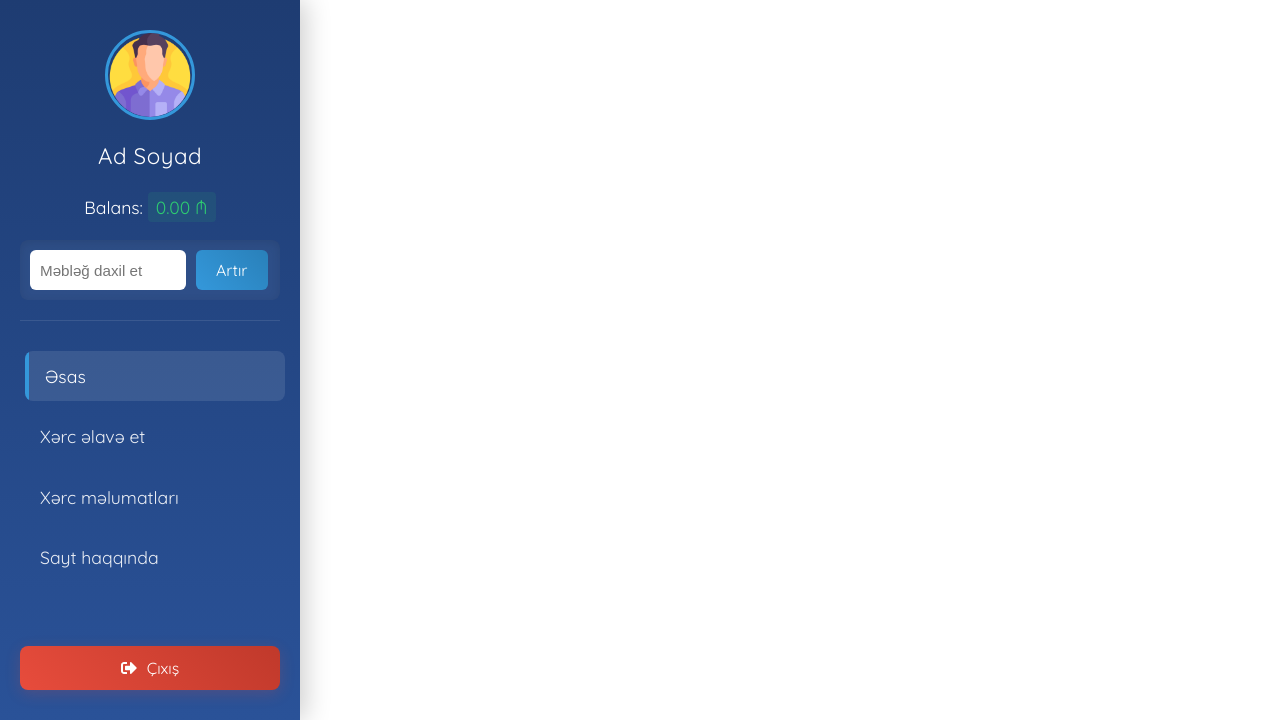
Repository: ferhadsultan98/financialmanagement
Page: /
The author's editor kept a copy of each file at every save. The page is drawn from the files as they stood at one save, then again after the next save.
The browser window is 1280 px wide. The pictures show the whole page.
The project was rebuilt for these pictures with package versions that can differ from the ones it lists, and the page was loaded fresh each time. Also part of the build but not shown: vite.config.js, src/Components/Sidebar/ProfileModal.jsx, src/Pages/AddExpense/AddExpense.jsx, src/Pages/ExpenseDetails/ExpenseDetails.jsx, src/Pages/About/About.jsx, src/Components/Login/Login.jsx.

Above is the page before, as saved 2025-03-24 01:45:14.

### index.html
<!doctype html>
<html lang="en">
  <head>
    <meta charset="UTF-8" />
<link rel="shortcut icon" href="favicon.ico" type="image/x-icon">
    <meta name="viewport" content="width=device-width, initial-scale=1.0" />
    <title>Expense</title>
  </head>
  <body>
    <div id="root"></div>
    <script type="module" src="/src/main.jsx"></script>
  </body>
</html>

### src/App.jsx
// src/App.jsx
import React from 'react';
import './App.scss';
import MainLayout from './Components/Layout/MainLayout';
import { RouterProvider } from 'react-router-dom';
import router from './Routes';


function App() {
  return (
    <div className="App">
      <RouterProvider router={router} />
    </div>
  );
}

export default App;

### src/Components/Layout/MainLayout.jsx
// src/components/Layout/MainLayout.jsx
import React from 'react';
import Sidebar from '../Sidebar/Sidebar';
import { Outlet } from 'react-router-dom';

const MainLayout = () => {
  return (
    <div className="layout">
      <Sidebar />
      <main className="main-content">
        <Outlet />
      </main>
    </div>
  );
};

export default MainLayout;

### src/Routes.jsx
// src/routes.jsx
import { createBrowserRouter } from "react-router-dom";
import MainLayout from "./Components/Layout/MainLayout";
import Home from "./Pages/Home/Home";
import AddExpense from "./Pages/AddExpense/AddExpense";
import ExpenseDetails from "./Pages/ExpenseDetails/ExpenseDetails";
import About from "./Pages/About/About";
import Login from "./Components/Login/Login";

const router = createBrowserRouter([
  {
    path: "/login",
    element: <Login />,
  },
  {
    element: <MainLayout />,
    children: [
      {
        path: "/",
        element: <Home />,
      },
      {
        path: "/add-expense",
        element: <AddExpense />,
      },
      {
        path: "/expense-details",
        element: <ExpenseDetails />,
      },
      {
        path: "/about",
        element: <About />,
      },
    ],
  },
]);

export default router;

### src/Components/Sidebar/Sidebar.jsx
// src/components/Sidebar/Sidebar.jsx
import React, { useState } from 'react';
import '../../Styles/Sidebar.scss';
import Navbar from './Navbar';
import ProfileModal from './ProfileModal';
import { FaBars, FaSignOutAlt } from 'react-icons/fa';
import { useNavigate } from 'react-router-dom';
import UserProfileIcon from '../../assets/user.png';

const Sidebar = () => {
  const [isOpen, setIsOpen] = useState(false);
  const [balance, setBalance] = useState(0);
  const [topUpAmount, setTopUpAmount] = useState('');
  const [isModalOpen, setIsModalOpen] = useState(false);
  const [userProfile, setUserProfile] = useState({
    firstName: 'Ad',
    lastName: 'Soyad',
    birthDate: '1990-01-01',
    gender: 'Kişi',
  });
  const navigate = useNavigate();

  const toggleSidebar = () => {
    setIsOpen(!isOpen);
  };

  const handleTopUp = () => {
    if (topUpAmount) {
      setBalance(prev => prev + parseFloat(topUpAmount));
      setTopUpAmount('');
    }
  };

  const handleLogout = () => {
    navigate('/login');
  };

  const handleProfileUpdate = (updatedProfile) => {
    setUserProfile(updatedProfile);
    setIsModalOpen(false);
  };

  return (
    <div className="sidebar-container">
      <button className="toggle-btn" onClick={toggleSidebar}>
        <FaBars />
      </button>

      <div className={`sidebar ${isOpen ? 'open' : ''}`}>
        <div className="sidebar-header">
          <div
            className="profile-img"
            onClick={() => setIsModalOpen(true)}
          >
            <img src={UserProfileIcon} alt="Profile" />
            <div className="profile-overlay">
              <span>Profilə bax</span>
            </div>
          </div>
          <h3>{`${userProfile.firstName} ${userProfile.lastName}`}</h3> {/* Dynamic name */}
          <div className="balance">
            Balans: <span>{balance.toFixed(2)} ₼</span>
          </div>

          <div className="top-up">
            <input
              type="number"
              placeholder="Məbləğ daxil et"
              value={topUpAmount}
              onChange={(e) => setTopUpAmount(e.target.value)}
            />
            <button onClick={handleTopUp}>
              Artır
            </button>
          </div>
        </div>

        <Navbar />

        <div className="sidebar-footer">
          <button
            className="logout-btn"
            onClick={handleLogout}
          >
            <FaSignOutAlt /> Çıxış
          </button>
        </div>
      </div>

      {isModalOpen && (
        <ProfileModal
          userProfile={userProfile}
          onSave={handleProfileUpdate}
          closeModal={() => setIsModalOpen(false)}
        />
      )}
    </div>
  );
};

export default Sidebar;

### src/Styles/Sidebar.scss
@import '../assets/Fonts/fonts.scss';

.sidebar-container {
    position: relative;
    font-family: $font-family-regular, sans-serif;

    .toggle-btn {
      position: fixed;
      top: 20px;
      left: 20px;
      z-index: 1001;
      background: linear-gradient(45deg, #1e3c72, #2a5298);
      color: white;
      border: none;
      padding: 12px;
      cursor: pointer;
      border-radius: 8px;
      box-shadow: 0 4px 15px rgba(0, 0, 0, 0.2);
      transition: all 0.3s ease;

      &:hover {
        transform: scale(1.1);
        box-shadow: 0 6px 20px rgba(0, 0, 0, 0.3);
      }

      @media (min-width: 769px) {
        display: none;
      }
    }

    .sidebar {
      width: 300px;
      height: 100vh;
      background: linear-gradient(180deg, #1e3c72 0%, #2a5298 100%);
      color: white;
      position: fixed;
      left: 0;
      top: 0;
      padding: 30px 20px;
      display: flex;
      flex-direction: column;
      box-shadow: 5px 0 25px rgba(0, 0, 0, 0.2);
      overflow: hidden;

      .sidebar-header {
        text-align: center;
        padding-bottom: 20px;
        border-bottom: 1px solid rgba(255, 255, 255, 0.1);

        .profile-img {
          width: 90px;
          height: 90px;
          margin: 0 auto 20px;
          position: relative;
          cursor: pointer;

          img {
            width: 100%;
            height: 100%;
            border-radius: 50%;
            object-fit: cover;
            border: 3px solid #3498db;
            transition: all 0.3s ease;
          }

          .profile-overlay {
            position: absolute;
            top: 0;
            left: 0;
            width: 100%;
            height: 100%;
            background: rgba(0, 0, 0, 0.6);
            border-radius: 50%;
            display: flex;
            align-items: center;
            justify-content: center;
            opacity: 0;
            transition: opacity 0.3s ease;

            span {
              font-size: 0.9rem;
              color: white;
            }
          }

          &:hover .profile-overlay {
            opacity: 1;
          }
        }

        h3 {
          margin: 15px 0;
          font-size: 1.4rem;
          font-weight: 600;
          letter-spacing: 0.5px;
        }

        .balance {
          margin: 20px 0;
          font-size: 1.1rem;

          span {
            font-weight: bold;
            color: #2ecc71;
            background: rgba(46, 204, 113, 0.1);
            padding: 4px 8px;
            border-radius: 4px;
          }
        }

        .top-up {
          display: flex;
          gap: 10px;
          background: rgba(255, 255, 255, 0.05);
          padding: 10px;
          border-radius: 8px;
          box-shadow: inset 0 2px 10px rgba(0, 0, 0, 0.1);

          input {
            padding: 10px;
            border-radius: 6px;
            border: none;
            width: 65%;
            background: #fff;
            color: #2c3e50;
            font-size: 0.95rem;
            transition: all 0.3s ease;

            &:focus {
              outline: none;
              box-shadow: 0 0 5px rgba(52, 152, 219, 0.5);
            }
          }

          button {
            padding: 10px 20px;
            background: linear-gradient(45deg, #3498db, #2980b9);
            border: none;
            border-radius: 6px;
            color: white;
            cursor: pointer;
            font-weight: 600;
            transition: all 0.3s ease;

            &:hover {
              background: linear-gradient(45deg, #2980b9, #3498db);
              box-shadow: 0 4px 15px rgba(52, 152, 219, 0.4);
            }
          }
        }
      }

      .sidebar-nav {
        flex-grow: 1;
        margin: 20px 0;

        ul {
          list-style: none;
          padding: 0;

          li {
            margin: 10px 0;

            a {
              color: rgba(255, 255, 255, 0.9);
              text-decoration: none;
              font-size: 1.1rem;
              display: block;
              padding: 12px 20px;
              border-radius: 8px;
              transition: all 0.3s ease;
              position: relative;
              overflow: hidden;

              &::before {
                content: '';
                position: absolute;
                left: 0;
                top: 0;
                width: 4px;
                height: 100%;
                background: #3498db;
                transform: translateX(-100%);
                transition: all 0.3s ease;
              }

              &:hover,
              &.active {
                background: rgba(255, 255, 255, 0.1);
                color: white;
                transform: translateX(5px);

                &::before {
                  transform: translateX(0);
                }
              }

              &.active {
                font-weight: 600;
              }
            }
          }
        }
      }

      .sidebar-footer {
        margin-top: auto;

        .logout-btn {
          width: 100%;
          padding: 12px;
          background: linear-gradient(45deg, #e74c3c, #c0392b);
          border: none;
          border-radius: 8px;
          color: white;
          cursor: pointer;
          font-weight: 600;
          display: flex;
          align-items: center;
          justify-content: center;
          gap: 10px;
          box-shadow: 0 4px 15px rgba(231, 76, 60, 0.2);
          transition: all 0.3s ease;

          &:hover {
            background: linear-gradient(45deg, #c0392b, #e74c3c);
            box-shadow: 0 6px 20px rgba(231, 76, 60, 0.4);
            transform: translateY(-2px);
          }
        }
      }
    }

    @media (max-width: 768px) {
      .sidebar {
        z-index: 1000;
      }
    }

    @media (min-width: 769px) {
      .sidebar {
        transform: translateX(0) !important; // Always visible on desktop
      }
    }
  }


.modal-overlay {
  position: fixed;
  top: 0;
  left: 0;
  width: 100%;
  height: 100%;
  background: rgba(0, 0, 0, 0.6);
  display: flex;
  align-items: center;
  justify-content: center;
  z-index: 2000;
}

.profile-modal {
  background: white;
  border-radius: 15px;
  padding: 30px;
  width: 100%;
  max-width: 400px;
  box-shadow: 0 10px 30px rgba(0, 0, 0, 0.2);
  text-align: center;

  h2 {
    color: #2c3e50;
    font-size: 1.8rem;
    margin-bottom: 20px;
    font-weight: 600;
  }

  .modal-content {
    .form-group {
      margin-bottom: 20px;
      text-align: left;

      label {
        display: block;
        margin-bottom: 5px;
        color: #2c3e50;
        font-weight: 500;
      }

      input,
      select {
        width: 100%;
        padding: 10px;
        border: 1px solid #ddd;
        border-radius: 6px;
        font-size: 1rem;
        color: #2c3e50;
        transition: all 0.3s ease;

        &:focus {
          outline: none;
          border-color: #3498db;
          box-shadow: 0 0 5px rgba(52, 152, 219, 0.3);
        }
      }
    }
  }

  .modal-actions {
    display: flex;
    gap: 10px;
    justify-content: center;
    margin-top: 20px;

    .save-btn {
      padding: 10px 20px;
      background: linear-gradient(45deg, #2ecc71, #27ae60);
      border: none;
      border-radius: 6px;
      color: white;
      font-weight: 600;
      cursor: pointer;
      box-shadow: 0 4px 15px rgba(46, 204, 113, 0.2);
      transition: all 0.3s ease;

      &:hover {
        background: linear-gradient(45deg, #27ae60, #2ecc71);
        box-shadow: 0 6px 20px rgba(46, 204, 113, 0.4);
      }
    }

    .close-btn {
      padding: 10px 20px;
      background: linear-gradient(45deg, #e74c3c, #c0392b);
      border: none;
      border-radius: 6px;
      color: white;
      font-weight: 600;
      cursor: pointer;
      box-shadow: 0 4px 15px rgba(231, 76, 60, 0.2);
      transition: all 0.3s ease;

      &:hover {
        background: linear-gradient(45deg, #c0392b, #e74c3c);
        box-shadow: 0 6px 20px rgba(231, 76, 60, 0.4);
      }
    }
  }

  @media (max-width: 480px) {
    padding: 20px;
    max-width: 90%;

    h2 {
      font-size: 1.5rem;
    }

    .form-group {
      input,
      select {
        font-size: 0.9rem;
      }
    }

    .modal-actions {
      flex-direction: column;
      gap: 10px;

      button {
        width: 100%;
      }
    }
  }
}

### src/Components/Sidebar/Navbar.jsx
// src/components/Sidebar/Navbar.jsx
import React from 'react';
import { NavLink } from 'react-router-dom';

const Navbar = () => {
  const navItems = [
    { path: '/', label: 'Əsas' },
    { path: '/add-expense', label: 'Xərc əlavə et' },
    { path: '/expense-details', label: 'Xərc məlumatları' },
    { path: '/about', label: 'Sayt haqqında' },
  ];

  return (
    <nav className="sidebar-nav">
      <ul>
        {navItems.map((item) => (
          <li key={item.path}>
            <NavLink to={item.path} end={item.path === '/'}>
              {item.label}
            </NavLink>
          </li>
        ))}
      </ul>
    </nav>
  );
};

export default Navbar;

### src/Styles/Login.scss
@import '../assets/Fonts/fonts.scss';

.login-container {
  height: 100vh;
  width: 100vw;
  background: linear-gradient(135deg, #1e3c72 0%, #2a5298 100%);
  display: flex;
  align-items: center;
  justify-content: center;
  margin: 0;
  padding: 0;
  overflow: hidden;
  font-family: $font-family-regular, sans-serif;
}

.login-wrapper {
  display: flex;
  width: 100%;
  height: 100%;
  background: white;
  border-radius: 0;
  overflow: hidden;
  box-shadow: none;
}

.login-left {
  flex: 1;
  background: linear-gradient(180deg, #3498db 0%, #2980b9 100%);
  color: white;
  padding: 40px;
  display: flex;
  flex-direction: column;
  justify-content: space-between;
  height: 100%;
  border-bottom-right-radius: 30px;
  border-top-right-radius: 30px;
  .dottieContainer{
    width: 100%;
  }
  h1 {
    font-size: 2.2rem;
    font-weight: 700;
    margin-bottom: 20px;
  }

  p {
    font-size: 1.1rem;
    line-height: 1.6;
    margin-bottom: 30px;
    opacity: 0.9;
  }

  ul {
    list-style: none;
    padding: 0;

    li {
      font-size: 1rem;
      margin: 15px 0;
      position: relative;
      padding-left: 25px;

      &:before {
        content: '✓';
        position: absolute;
        left: 0;
        color: #2ecc71;
        font-weight: bold;
      }
    }
  }

  .login-left-footer {
    font-size: 0.9rem;
    opacity: 0.8;
  }
}

.login-right {
  flex: 1;
  display: flex;
  align-items: center;
  justify-content: center;
  background: white;
  padding: 40px;
  height: 100%;

  .login-box {
    width: 100%;
    max-width: 400px;
    text-align: center;

    h2 {
      color: #2c3e50;
      font-size: 1.8rem;
      font-weight: 600;
      margin-bottom: 10px;
    }

    p {
      color: #7f8c8d;
      font-size: 1rem;
      margin-bottom: 30px;
    }

    .error-message {
      background: #e74c3c;
      color: white;
      padding: 10px;
      border-radius: 8px;
      margin-bottom: 20px;
      font-size: 0.9rem;
    }

    .success-message {
      background: #2ecc71;
      color: white;
      padding: 10px;
      border-radius: 8px;
      margin-bottom: 20px;
      font-size: 0.9rem;
    }

    .input-group {
      margin-bottom: 20px;

      input {
        width: 100%;
        padding: 12px 15px;
        border: 1px solid #ddd;
        border-radius: 8px;
        font-size: 1rem;
        color: #2c3e50;
        transition: all 0.3s ease;

        &:focus {
          outline: none;
          border-color: #3498db;
          box-shadow: 0 0 8px rgba(52, 152, 219, 0.3);
        }

        &::placeholder {
          color: #95a5a6;
        }
      }
    }

    .reset-password-form {
      margin-bottom: 20px;

      .input-group {
        margin-bottom: 15px;
      }

      .reset-btn {
        width: 100%;
        padding: 12px;
        background: linear-gradient(45deg, #2ecc71, #27ae60);
        border: none;
        border-radius: 8px;
        color: white;
        font-size: 1.1rem;
        font-weight: 600;
        cursor: pointer;
        box-shadow: 0 4px 15px rgba(46, 204, 113, 0.2);
        transition: all 0.3s ease;

        &:hover {
          background: linear-gradient(45deg, #27ae60, #2ecc71);
          box-shadow: 0 6px 20px rgba(46, 204, 113, 0.4);
        }
      }
    }

    .login-options {
      display: flex;
      justify-content: space-between;
      align-items: center;
      margin-bottom: 20px;

      .keep-logged-in {
        display: flex;
        align-items: center;
        color: #2c3e50;
        font-size: 0.9rem;

        input {
          margin-right: 8px;
          cursor: pointer;
        }
      }

      .forgot-password {
        color: #3498db;
        font-size: 0.9rem;
        text-decoration: none;

        &:hover {
          text-decoration: underline;
          color: #2980b9;
        }
      }
    }

    button {
      width: 100%;
      padding: 12px;
      background: linear-gradient(45deg, #3498db, #2980b9);
      border: none;
      border-radius: 8px;
      color: white;
      font-size: 1.1rem;
      font-weight: 600;
      cursor: pointer;
      box-shadow: 0 4px 15px rgba(52, 152, 219, 0.2);
      transition: all 0.3s ease;

      &:hover {
        background: linear-gradient(45deg, #2980b9, #3498db);
        box-shadow: 0 6px 20px rgba(52, 152, 219, 0.4);
      }
    }

    .login-info {
      margin-top: 20px;
      color: #7f8c8d;
      font-size: 0.9rem;

      p {
        margin: 5px 0;
      }

      strong {
        color: #2c3e50;
      }
    }
  }
}

@media (max-width: 768px) {
  .login-wrapper {
    flex-direction: column;
    height: 100%;
  }


  .login-right {
    flex: none;
    width: 100%;
    padding: 0px;
    height: auto;
    justify-content: center;
    height: 100%;
  }

  .login-left {
    display: none;
  }

  .login-right {
    .login-box {
      h2 {
        font-size: 1.5rem;
      }

      p {
        font-size: 0.9rem;
      }

      button {
        font-size: 1rem;
      }
    }
  }
}

@media (max-width: 480px) {

  .login-right {
    padding: 20px;
  }
}

### src/assets/Fonts/fonts.scss
@font-face {
  font-family: 'Quicksand-Light';
  src: url('../assets/fonts/Quicksand-Light.ttf') format('truetype');
  font-weight: normal;
  font-style: normal;
}

@font-face {
  font-family: 'Quicksand-Regular';
  src: url('../assets/fonts/Quicksand-Regular.ttf') format('truetype');
  font-weight: normal;
  font-style: normal;
}

@font-face {
  font-family: 'Quicksand-Medium';
  src: url('../assets/fonts/Quicksand-Medium.ttf') format('truetype');
  font-weight: normal;
  font-style: normal;
}

@font-face {
  font-family: 'Quicksand-SemiBold';
  src: url('../assets/fonts/Quicksand-SemiBold.ttf') format('truetype');
  font-weight: normal;
  font-style: normal;
}

@font-face {
  font-family: 'Quicksand-Bold';
  src: url('../assets/fonts/Quicksand-Bold.ttf') format('truetype');
  font-weight: normal;
  font-style: normal;
}

// SCSS değişkenleri burada kullanılabilir
$font-family-light: 'Quicksand-Light';
$font-family-regular: 'Quicksand-Regular';
$font-family-medium: 'Quicksand-Medium';
$font-family-semibold: 'Quicksand-SemiBold';
$font-family-bold: 'Quicksand-Bold';

Loaded but not shown: src/main.jsx (common file); src/index.css (common file); src/App.scss (common file); src/Pages/Home/Home.jsx (common file)

After the next save:
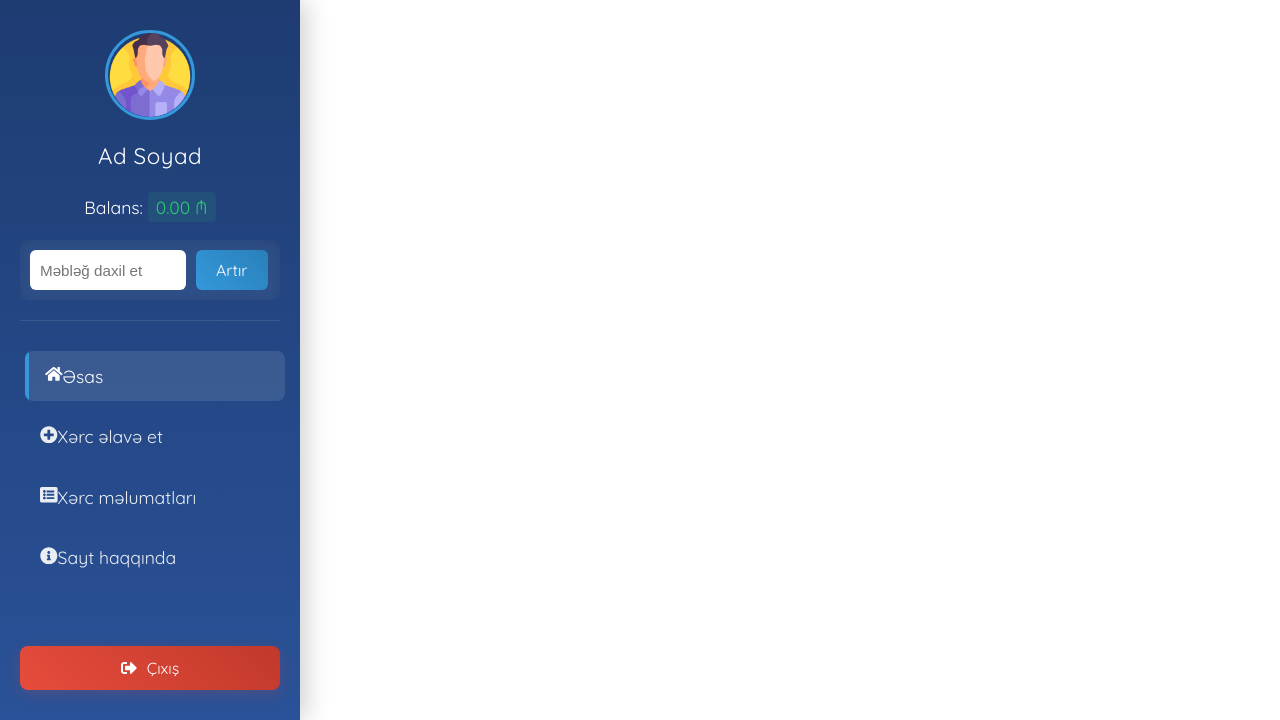
Saved 79 s later.
--- a/src/Components/Sidebar/Navbar.jsx
+++ b/src/Components/Sidebar/Navbar.jsx
@@ -1,13 +1,14 @@
 // src/components/Sidebar/Navbar.jsx
 import React from 'react';
 import { NavLink } from 'react-router-dom';
+import { FaHome, FaPlusCircle, FaListAlt, FaInfoCircle } from 'react-icons/fa';
 
 const Navbar = () => {
   const navItems = [
-    { path: '/', label: 'Əsas' },
-    { path: '/add-expense', label: 'Xərc əlavə et' },
-    { path: '/expense-details', label: 'Xərc məlumatları' },
-    { path: '/about', label: 'Sayt haqqında' },
+    { path: '/', label: 'Əsas', icon: <FaHome /> },
+    { path: '/add-expense', label: 'Xərc əlavə et', icon: <FaPlusCircle /> },
+    { path: '/expense-details', label: 'Xərc məlumatları', icon: <FaListAlt /> },
+    { path: '/about', label: 'Sayt haqqında', icon: <FaInfoCircle /> },
   ];
 
   return (
@@ -16,7 +17,8 @@ const Navbar = () => {
         {navItems.map((item) => (
           <li key={item.path}>
             <NavLink to={item.path} end={item.path === '/'}>
-              {item.label}
+              <span className="nav-icon">{item.icon}</span>
+              <span className="nav-label">{item.label}</span>
             </NavLink>
           </li>
         ))}
